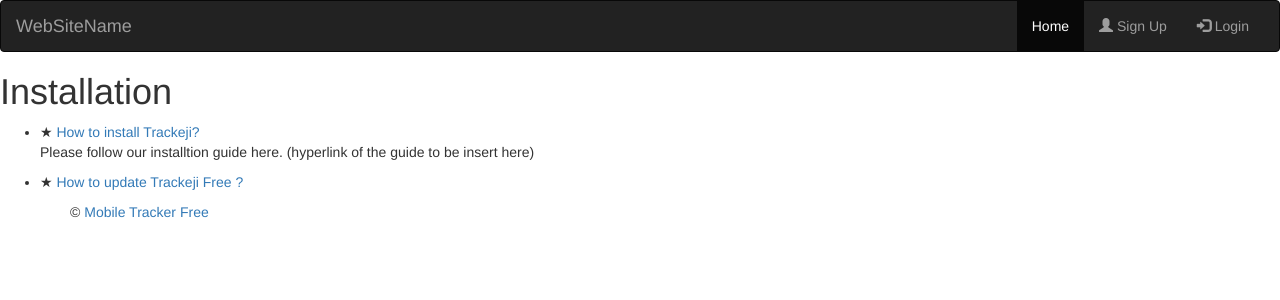
Repository: prathmeshgodbole/Web_Development
Page: Mobile_tracker/Installation.html
These files come from the project's save history. The page is drawn as it stood at one moment and after the next save; the edit follows.
The browser window is 1280 px wide. The pictures show the whole page.

Above is the page before, as saved 2020-03-08 17:37:21.

### Mobile_tracker/Installation.html
<!DOCTYPE html>
<html lang="en">

<head>
    <title>Bootstrap Example</title>
    <meta charset="utf-8">
    <meta name="viewport" content="width=device-width, initial-scale=1">
    <link rel="stylesheet" href="https://maxcdn.bootstrapcdn.com/bootstrap/3.4.1/css/bootstrap.min.css">
    <script src="https://ajax.googleapis.com/ajax/libs/jquery/3.4.1/jquery.min.js"></script>
    <script src="https://maxcdn.bootstrapcdn.com/bootstrap/3.4.1/js/bootstrap.min.js"></script>
</head>

<body>

    <nav class="navbar navbar-inverse">
        <div class="container-fluid">
            <div class="navbar-header">
                <button type="button" class="navbar-toggle" data-toggle="collapse" data-target="#myNavbar">
        <span class="icon-bar"></span>
        <span class="icon-bar"></span>
        <span class="icon-bar"></span>
      </button>
                <a class="navbar-brand" href="#">WebSiteName</a>
            </div>
            <div class="collapse navbar-collapse" id="myNavbar">

                <ul class="nav navbar-nav navbar-right">
                    <li class="active"><a href="#">Home</a></li>
                    <li><a href="#"><span class="glyphicon glyphicon-user"></span> Sign Up</a></li>
                    <li><a href="#"><span class="glyphicon glyphicon-log-in"></span> Login</a></li>
                </ul>
            </div>
        </div>
    </nav>




    <div class="section-header">
        <h1 class="section-title">Installation</h1>
    </div>



    <p class="section-description"></p>


    <ul class="article-list">

        <li class="article-promoted">

            <span data-title="Promoted article">★</span>
            <a href="">How to install Trackeji?</a>
            <p>Please follow our installtion guide here. (hyperlink of the guide to be insert here)</p>
        </li>

        <li class="article-promoted">

            <span data-title="Promoted article">★</span>

            <a href="">How to update Trackeji Free ?</a>
        </li>

    </ul>



    </div>
    </main>

    </div>
    <!--/.container-->
    <footer class="footer container">
        <div class="container-inner">
            <p class="copyright">&copy; <a href=https://mobile-tracker-free.com>Mobile Tracker Free</a></p>
        </div>
    </footer>



</body>

</html>

After the next save:
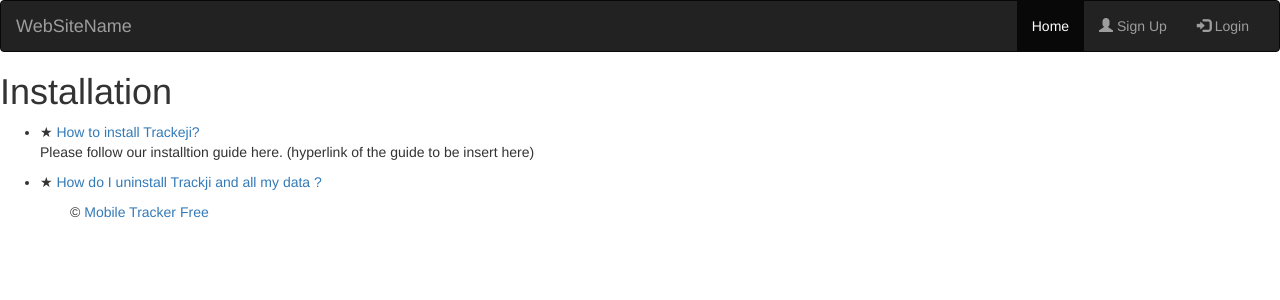
Saved 18 s later.
--- a/Mobile_tracker/Installation.html
+++ b/Mobile_tracker/Installation.html
@@ -48,17 +48,15 @@
     <ul class="article-list">
 
         <li class="article-promoted">
-
             <span data-title="Promoted article">★</span>
             <a href="">How to install Trackeji?</a>
             <p>Please follow our installtion guide here. (hyperlink of the guide to be insert here)</p>
         </li>
 
         <li class="article-promoted">
-
             <span data-title="Promoted article">★</span>
-
-            <a href="">How to update Trackeji Free ?</a>
+            <a href="">How do I uninstall Trackji and all my data ?</a>
+            <p></p>
         </li>
 
     </ul>
